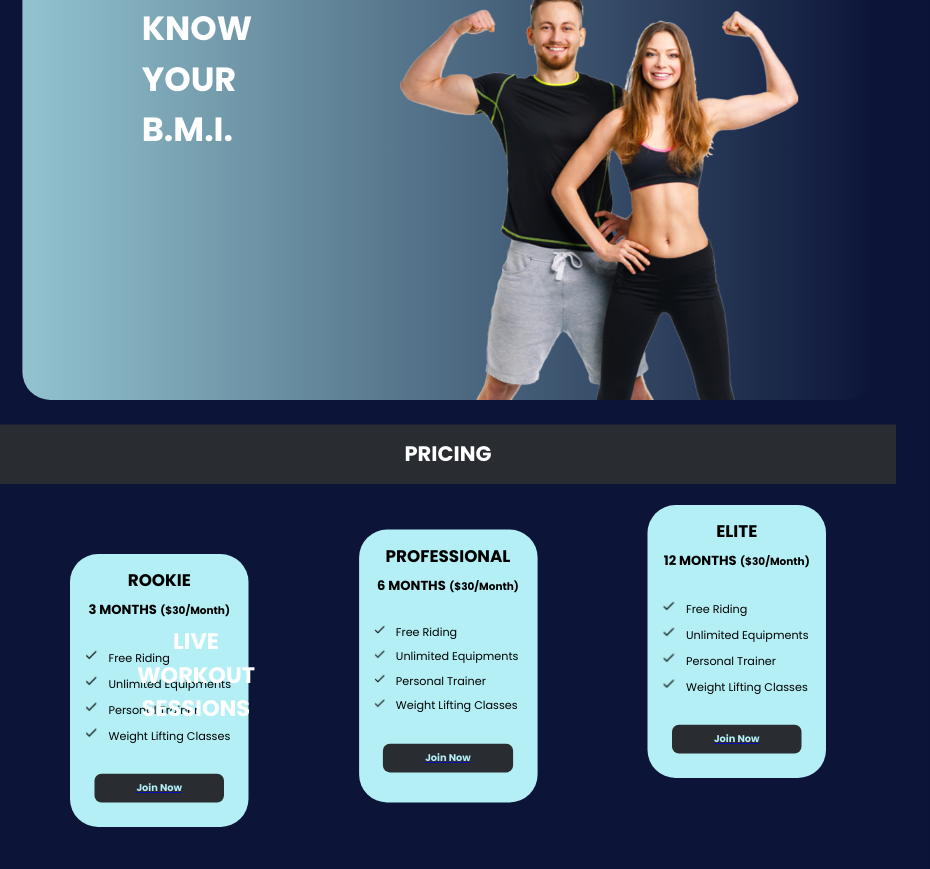
Repository: Rellzcodez/Group1-Team8
Page: index.html
These files come from the project's save history. The page is drawn as it stood at one moment and after the next save; the edit follows.
The browser window is 1280 px wide. The page is 1328 px wide, so the pictures cover 1328 px, including what lies to the right of the window. The pictures show the part of the page from y = 1968 to 3808 px (the page is 3210 px tall before and 3808 px after), at 70% of full size.

Above is the page before, as saved 2022-09-02 10:53:36.

### index.html
<!DOCTYPE html>
<html lang="en">
    <head>
        <meta charset="UTF-8" />
        <meta name="viewport" content="width=device-width, initial-scale=1.0" />
        <meta
            name="description"
            content="A description of the page and its contents"
        />
        <title>Fit-A-Goal | Landing Page</title>
        <link rel="icon" type="image/png" sizes="32x32" href="images/favicon-32x32.png">
        <link rel="stylesheet" href="css/style.css" />
    </head>

    <body>
        <header class="primary-header">
            <nav class="navbar">
                <img src="images/fit-a-goal-logo.svg" alt="Fit-A-Goal" id="logo">
                <div class="navigation">
                    <div class="primary-nav">
                        <ul class="nav-links">
                            <li class="home-nav-link"><a href="#">HOME</a></li>
                            <li class="other-nav-link"><a href="#">CHOOSE US</a></li>
                            <li class="other-nav-link"><a href="#">PROGRAM</a></li>
                            <li class="other-nav-link"><a href="#">PRICING</a></li>
                            <li class="other-nav-link"><a href="#">SUPPORT</a></li>
                        </ul>
                    </div>
                    <div class="register-login">
                        <ul class="nav-secondary-links">
                            <li><a href="pages/signup.html">SIGN UP</a></li>
                            <li><a href="pages/signin.html">SIGN IN</a></li>
                        </ul>
                    </div>
                </div>
            </nav>
        </header>
        <main class="landing-page-body">

        <!-- THE ILLUSTRATION SEGMENT -->
            <div class="container-illustration">
                <div class="heading-btn">
                    <div>
                    <h1 class="primary-heading">Once you learn to <span>quit</span>,
                    it becomes an <span>habit</span></h1>
                    <a href="#"><button class="get-started">GET STARTED</button></a>
                    </div>
                </div>
            </div>
            <div class="carousel-circle">
                <a href="#">
                    <div class="tracker active-track"></div></a>
                <a href="#">
                    <div class="tracker"></div>
                </a><a href="#">
                    <div class="tracker"></div>
                </a><a href="#">
                    <div class="tracker"></div>
                </a><a href="#">
                    <div class="tracker"></div>
                </a><a href="#">
                    <div class="tracker"></div>
                </a><a href="#">
                    <div class="tracker"></div>
                </a><a href="#">
                    <div class="tracker"></div>
                </a>
            </div>

        <!-- THE SESSION SEGMENT -->
        <div>
            <section class="session-container">
                <label class="session-lable" for="section"><h3>OUR SESSIONS</h3></label>
                <div class="session-wrapper">
                    <div class="body-building-wrapper">
                    <div class="body-building session-item" >
                        <img src="images/body-building-sess.png" alt="body building">
                    </div>
                    <label class="body-building-lable" for="body building"><h3>BODY BUILDING</h3></label>

                    </div>

                    <div class="muscle-gain-wrapper">
                    <div class="muscle-gain session-item">
                        <img src="images/muscle-gain-sess.png" alt="muscle-gain">
                    </div>
                    <label class="muscle-gain-label" for="muscle gain"><h3>MUSCLE GAIN</h3></label>
                    </div>

                    <div class="weight-loss-wrapper">
                    <div class="weight-loss session-item">
                        <img src="images/weight-loss-sess.png" alt="weight loss">
                    </div>
                    <label class="weight-loss-label" for="weight loss"><h3>MUSCLE GAIN</h3></label>
                    </div>

                </div>
             <label class="see-all-session-lable" for="section"><a href="#"><u>see all sessions <span class="arrow-vector"><img src="images/arrow-vector.png" alt="arrow" width="20px"></span></u></a></label>


            </section>
        </div>

        </main>

        <!-- THE STAY FIT SESSION STARTS HERE -->
<section class="stay-fit-container">
    <h3 class="stay-fit">STAY FIT</h3>
    <div class="stay-fit-wrapper">
        <div class="BMI">
            <h2 class="know-your-bmi">KNOW YOUR B.M.I.</h2>
        </div>
        <div class="stay-fit-illustrator"><img src="images/Stay-fit.png" alt=""></div>
    </div>
</section>
        <!-- THE STAY FIT SESSION ENDS HERE -->


        <!-- THE LIVE WORKOUT SESSION STARTS HERE -->

    <div class="live">
    <h1> LIVE WORKOUT SESSIONS </h1>
</div>

<!-- <div class="live-workout">
    <img src="images/live-session-workout.png" alt="live workout" >
</div> -->

        <!-- THE LIVE WORKOUT SESSION ENDS HERE -->


        <!-- THE PRICING SECTION STARTS HERE -->

        <div class="pricing">
            <div class="pricing-heading"><h1>PRICING</h1></div>
            <div class="pricing-cards">
                <div class="cards">
                    <h2 class="plan-name">ROOKIE</h2>
                    <h3 class="plan-duration">3 MONTHS<span>($30/Month)</span></h3>
                    <ul class="plan-benefits">
                        <li class="li-benefits"><img src="images/checked.svg" alt="" height="20px">Free Riding</li>
                        <li class="li-benefits"><img src="images/checked.svg" alt="" height="20px">Unlimited Equipments</li>
                        <li class="li-benefits"><img src="images/checked.svg" alt="" height="20px">Personal Trainer</li>
                        <li class="li-benefits"><img src="images/checked.svg" alt="" height="20px">Weight Lifting Classes</li>
                    </ul>
                    <a href="#"><button class="pricing-btn">Join Now</button></a>
                </div>
                <div class="cards professionals">
                    <h2 class="plan-name">PROFESSIONAL</h2>
                    <h3 class="plan-duration">6 MONTHS<span>($30/Month)</span></h3>
                    <ul class="plan-benefits">
                        <li class="li-benefits"><img src="images/checked.svg" alt="" height="18px">Free Riding</li>
                        <li class="li-benefits"><img src="images/checked.svg" alt="" height="18px">Unlimited Equipments</li>
                        <li class="li-benefits"><img src="images/checked.svg" alt="" height="18px">Personal Trainer</li>
                        <li class="li-benefits"><img src="images/checked.svg" alt="" height="18px">Weight Lifting Classes</li>
                    </ul>
                    <a href="#"><button class="pricing-btn">Join Now</button></a>
                </div>
                <div class="cards elite">
                    <h2 class="plan-name">ELITE</h2>
                    <h3 class="plan-duration">12 MONTHS<span>($30/Month)</span></h3>
                    <ul class="plan-benefits">
                        <li class="li-benefits"><img src="images/checked.svg" alt="" height="20px">Free Riding</li>
                        <li class="li-benefits"><img src="images/checked.svg" alt="" height="20px">Unlimited Equipments</li>
                        <li class="li-benefits"><img src="images/checked.svg" alt="" height="20px">Personal Trainer</li>
                        <li class="li-benefits"><img src="images/checked.svg" alt="" height="20px">Weight Lifting Classes</li>
                    </ul>
                    <a href="#"><button class="pricing-btn">Join Now</button></a>
                </div>
            </div>
        </div>

        <!-- THE PRICING SECTION ENDS HERE -->


        <footer class="footer">

        </footer>





        <script src="js/script.js"></script>
    </body>
</html>

### css/style.css
@import url("https://fonts.googleapis.com/css2?family=Poppins:wght@400;600;700;800&display=swap");

:root {
  --white: rgb(255 255 255);
  --denim-blue: rgb(12, 21, 56);
  --baby-blue: rgb(180, 239, 245);
  --black: rgb(0, 0, 0);
  --light-grey: rgb(206, 208, 215);
  --dark-grey: rgba(41, 45, 50, 1);

}

*,
::before,
::after {
  padding: 0;
  margin: 0;
  box-sizing: border-box;
}

button {
  font-family: "Poppins", sans-serif;
}

html {
  font-family: "Poppins", sans-serif;
  background: var(--denim-blue);
}

.primary-header {
  padding: 0 32px 0 36px;
}
#logo {
  height: 159px;
}
.navbar {
  display: flex;
}
.navbar ul {
  list-style: none;
}
.navbar a {
  text-decoration: none;
  color: var(--black);
  font-weight: 700;
}
.navigation {
  display: flex;
  margin: 60px 0 40px 25px;
}
.primary-nav {
  width: 808px;
  height: 55px;
  background: var(--white);
  border-radius: 5px;
  margin-right: 45px;
}
.nav-links {
  display: flex;
  padding: 0;
}
.other-nav-link {
  margin: 15px 60px 10px 0;
}
.home-nav-link {
  background: var(--baby-blue);
  width: 130px;
  height: 45px;
  margin: 5px;
  margin-right: 24px;
  border-radius: 5px;
  border: 1px solid var(--light-grey);
  text-align: center;
  padding: 10px 0;
}
.register-login {
  width: 255px;
  height: 55px;
  background: var(--white);
  border-radius: 5px;
  padding: 0 31px;
}
.nav-secondary-links {
  padding: 15px 0;
  display: flex;
  justify-content: space-between;
}

/* Illustration Hero */
.container-illustration {
  display: flex;
  background-image: linear-gradient(
    to right,
    rgb(180, 239, 245, 0.8),
    rgb(12, 21, 56)
  );
  height: 650px;
  border-radius: 40px;
  margin: 0 32px 25px;
}
.heading-btn {
  background: url(../images/illustration-hero.png) right bottom / 613px 613px
    no-repeat;
  width: 100%;
  padding-left: 140px;
}
.primary-heading {
  font-size: 75px;
  width: 48%;
  color: var(--white);
  line-height: 100px;
  margin: 96px 0 49px;
}
.primary-heading span {
  text-decoration: underline;
  color: var(--baby-blue);
}
.heading-btn a button {
  background: var(--baby-blue);
  border-radius: 10px;
  padding: 10px 132px;
  border: none;
  cursor: pointer;
}
.get-started {
  font-size: 16px;
  font-weight: 800;
}
.carousel-circle {
  display: flex;
  align-items: center;
  justify-content: center;
  margin-bottom: 30px;
}
.tracker {
  width: 10px;
  height: 10px;
  border-radius: 50%;
  background-color: var(--light-grey);
  cursor: pointer;
  margin: 0 5px;
}
.active-track {
  width: 20px;
  height: 20px;
  background: var(--baby-blue);
}
/* Sesseion */
.session-container{
  display: flex;
  flex-direction: column;
  align-items: center;
  height: 57em;
  background-color: var(--baby-blue);
  margin: 36px 32px;
  border-radius: 40px;
  font-family: Poppins;
}
.session-lable {
  position: relative;
  padding-top: 50px;
  font-weight: 700px;
}
.session-wrapper {
  display: flex;
  gap: 42px;
  margin: 49px 46px;
}
.session-item {
  width: 25em;
  height: 37.5em;
  border-radius: 40px;

}
/* body-building and weight loss*/
.body-building-wrapper,.weight-loss-wrapper {
  display: flex;
  flex-direction: column;
  align-items: center;

}
.body-building-lable,.weight-loss-label {
  margin-top: 32px;
  font-weight: 700;
}
/* See all session */
.see-all-session-lable a:active{
  font-weight: 700;
  color: var(--black);
}
.see-all-session-lable a{
  text-decoration: none;
  color: var(--black);
}

.see-all-session-lable{
  font-weight: 700;
}

.arrow-vector{
  margin-left: 2px;
}
/* muscle-gain */
.muscle-gain-wrapper{
  display: flex;
  flex-direction: column;
  align-items: center;

}

.muscle-gain-label{
  margin: 32px;
}

/* Styling of Session Ends Here */
.live-workout{margin: 10px 50px 10px 10px;
  position: relative; left: 50px;
display: flex;
  flex-direction: column;
width: 90%;}
.live{color: var(--white);
  position: relative; bottom: 450px;
  width: 400px;
  padding-left: 100px;
  font-weight: 600;
  text-align: center;
}


/* Stay Fit */
.stay-fit-container{
  display: flex;
  flex-direction: column;
  align-items: center;
  background-image: linear-gradient(
    to right,
    rgb(180, 239, 245, 0.8),
    rgb(12, 21, 56)
  );
  height: 702px;
  border-radius: 40px;
  margin: 33px 32px 34.75px 32px;
  overflow: hidden;
}
.stay-fit{
  font-family: "Poppins", sans-serif;
  color: var(--white);
  padding-top: 63px;
  font-size: 30px;
  font-weight: 700;
  letter-spacing: 7px;
}

.stay-fit-wrapper{
  display: flex;
  justify-content: space-between;
  gap: 130px;
  width: 95%;
}

.BMI{
  padding-top: 28px;
  padding-left: 140px;
  color: var(--white);
  font-family: "Poppins", sans-serif;
  font-size: 32px;
  font-weight: 700;
}
.stay-fit-illustrator img{
  height: 600px;
  border-radius: 40px;
  padding-right: 76.63px;
}

/* live session */
.live{
position: absolute;
width: 310px;
height: 104px;
left: 75px;
top: 2861px;
}



/* Pricing Session */

.pricing-heading{
    background: var(--dark-grey);
    display: flex;
    text-align: center;
    align-items: center;
}
.pricing-heading h1{
    margin: 0 auto;
    padding: 20px 0;
    font-weight: 700;
    font-size: 30px;
    color: var(--white);
}
.pricing-cards{
    display: flex;
    justify-content: space-between;
    margin: 100px 100px 60px;
}
.cards{
    padding: 20px 20px 30px;
    width: 255px;
    height: 390px;
    border-radius: 40px;
    background: var(--baby-blue);
}
.professionals{
    margin-top: -35px;
}
.elite{
    margin-top: -70px;
}
.plan-name{
    text-align: center;
}
.plan-duration{
    margin: 10px auto 40px;
    text-align: center;
}
.plan-duration span{
    font-size: 15px;
    margin-left: 5px;
}
.plan-benefits{
    list-style: none;
    margin-bottom: 22px;
}
.li-benefits{
    margin: 10px auto;
    font-size: 16px;
}
.li-benefits img{
    margin-right: 15px;
}
.cards a{
    display: flex;
    justify-content: center;
}
.pricing-btn{
    font-weight: 700;
    font-size: 14px;
    color: var(--baby-blue);
    background: var(--dark-grey);
    border: none;
    padding: 10px 60px;
    border-radius: 10px;
    cursor: pointer;
    margin-top: 20px;
}

Loaded but not shown: js/script.js (no stored copy; drawn as an empty file)

After the next save:
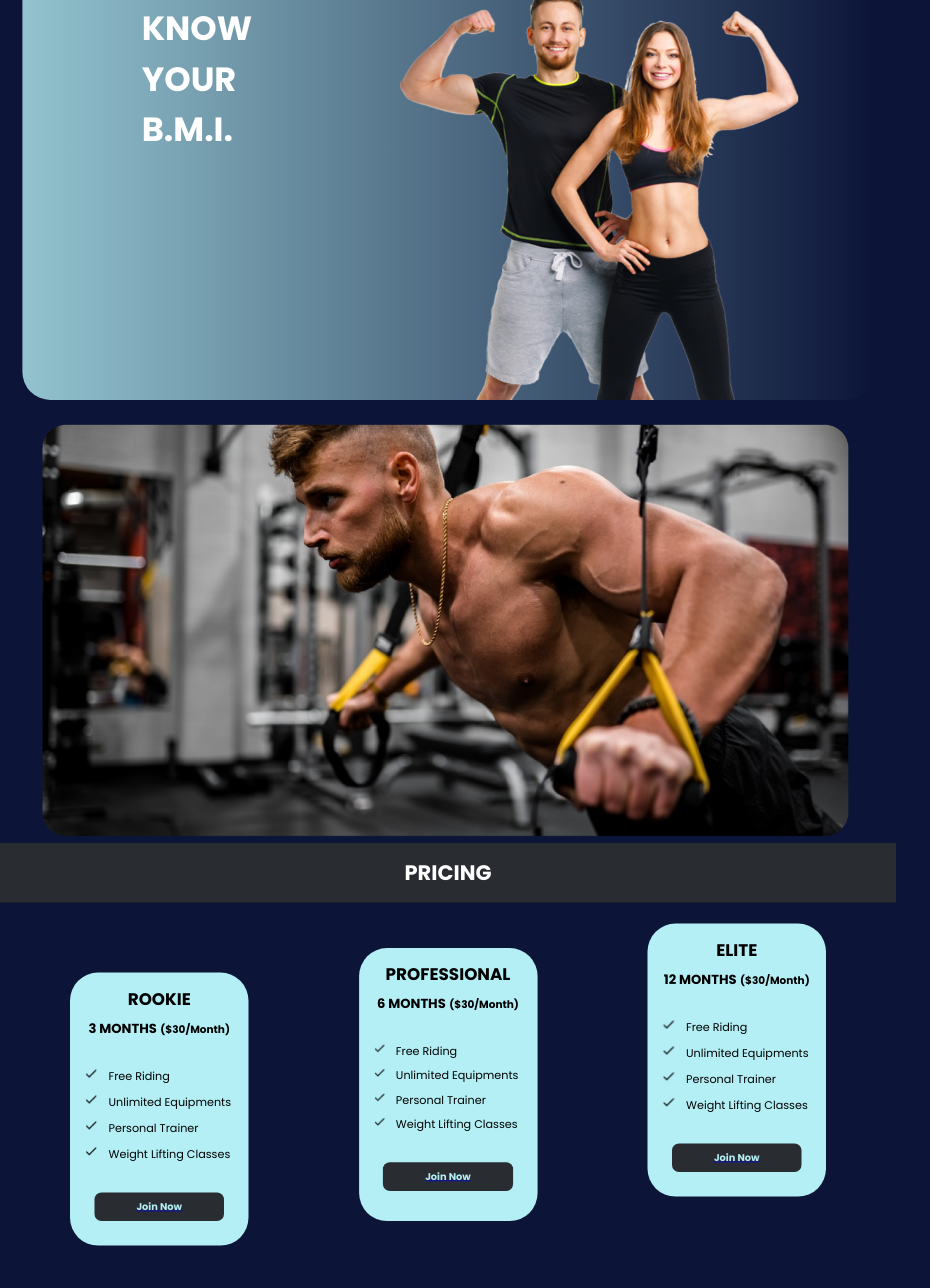
Saved 100 s later.
--- a/index.html
+++ b/index.html
@@ -122,9 +122,9 @@
     <h1> LIVE WORKOUT SESSIONS </h1>
 </div>
 
-<!-- <div class="live-workout">
+<div class="live-workout">
     <img src="images/live-session-workout.png" alt="live workout" >
-</div> -->
+</div>
 
         <!-- THE LIVE WORKOUT SESSION ENDS HERE -->
 
